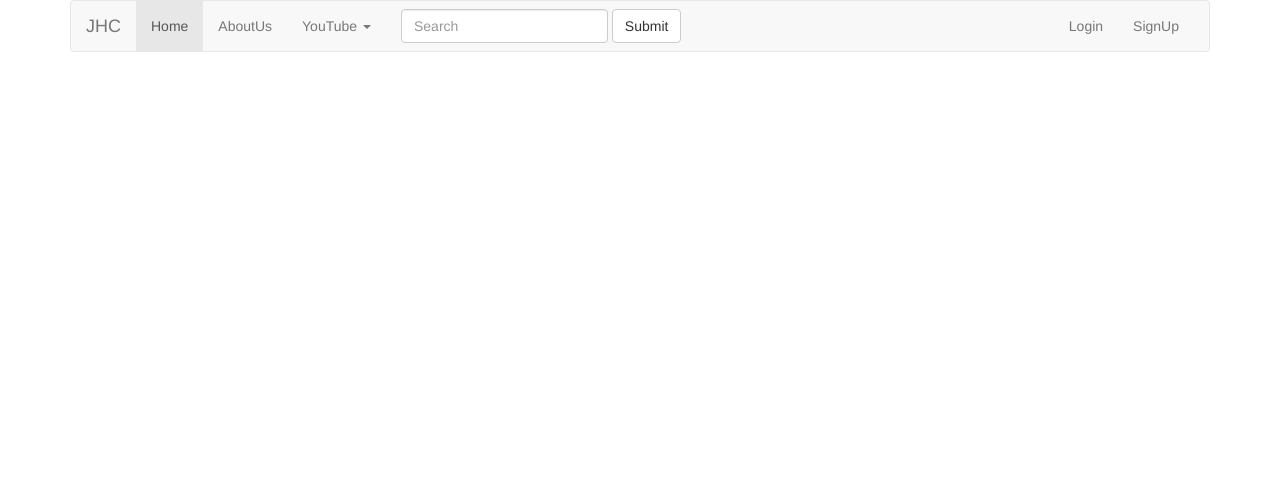
Repository: Karthi-Mano/AdvanceJavaPrograms
Page: BootStrapExample/WebContent/JavaPage.html
The author's editor kept a copy of each file at every save. The page is drawn from the files as they stood at one save, then again after the next save.
The browser window is 1280 px wide. The pictures show the whole page.

Above is the page before, as saved 2017-09-13 22:45:57.

### BootStrapExample/WebContent/JavaPage.html
<!DOCTYPE html>
<html>
<head>
<meta charset="ISO-8859-1">
<title>Insert title here</title>

  <link rel="stylesheet" href="./resources/css/bootstrap.min.css"/>
  <script src="./resources/js/jquery.min.js"></script>
  <script src="./resources/js/bootstrap.min.js"></script>
</head>
<body>
<div class="container">
  <div class="row">
    <div class="col-md-12">
      <nav class="navbar navbar-default">
  <div class="container-fluid">
    <!-- Brand and toggle get grouped for better mobile display -->
    <div class="navbar-header">
      <button type="button" class="navbar-toggle collapsed" data-toggle="collapse" data-target="#bs-example-navbar-collapse-1" aria-expanded="false">
        <span class="sr-only">Toggle navigation</span>
        <span class="icon-bar"></span>
        <span class="icon-bar"></span>
        <span class="icon-bar"></span>
      </button>
      <a class="navbar-brand" href="#">JHC</a>
    </div>

    <!-- Collect the nav links, forms, and other content for toggling -->
    <div class="collapse navbar-collapse" id="bs-example-navbar-collapse-1">
      <ul class="nav navbar-nav">
        <li class="active"><a href="#">Home <span class="sr-only">(current)</span></a></li>
        <li><a href="#">AboutUs</a></li>
        <li class="dropdown">
          <a href="#" class="dropdown-toggle" data-toggle="dropdown" role="button" aria-haspopup="true" aria-expanded="false">YouTube <span class="caret"></span></a>
          <ul class="dropdown-menu">
            <li><a href="#">JavaVideos</a></li>
            <li><a href="#">AndroidVideos</a></li>


          </ul>
        </li>
      </ul>
      <form class="navbar-form navbar-left">
        <div class="form-group">
          <input type="text" class="form-control" placeholder="Search">
        </div>
        <button type="submit" class="btn btn-default">Submit</button>
      </form>
      <ul class="nav navbar-nav navbar-right">
        <li><a href="#">Login</a></li>
        <li><a href="#">SignUp</a></li>
          </ul>
        </li>
      </ul>
    </div><!-- /.navbar-collapse -->
  </div><!-- /.container-fluid -->
</nav>
    </div>
  </div>
 <div class="row">
   <div class="col-md-4">

   </div>
 </div>
</div>
</body>
</html>

Loaded but not shown: BootStrapExample/WebContent/resources/css/bootstrap.min.css (library); BootStrapExample/WebContent/resources/js/jquery.min.js (library); BootStrapExample/WebContent/resources/js/bootstrap.min.js (library)

After the next save:
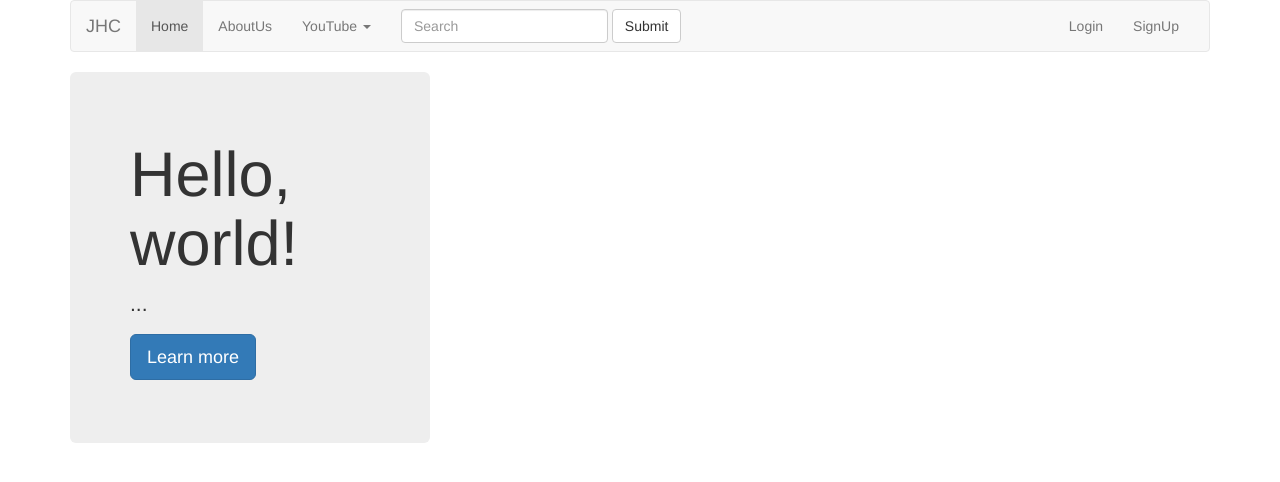
Saved 11 s later.
--- a/BootStrapExample/WebContent/JavaPage.html
+++ b/BootStrapExample/WebContent/JavaPage.html
@@ -59,7 +59,11 @@
   </div>
  <div class="row">
    <div class="col-md-4">
-
+   <div class="jumbotron">
+  <h1>Hello, world!</h1>
+  <p>...</p>
+  <p><a class="btn btn-primary btn-lg" href="#" role="button">Learn more</a></p>
+</div>
    </div>
  </div>
 </div>
